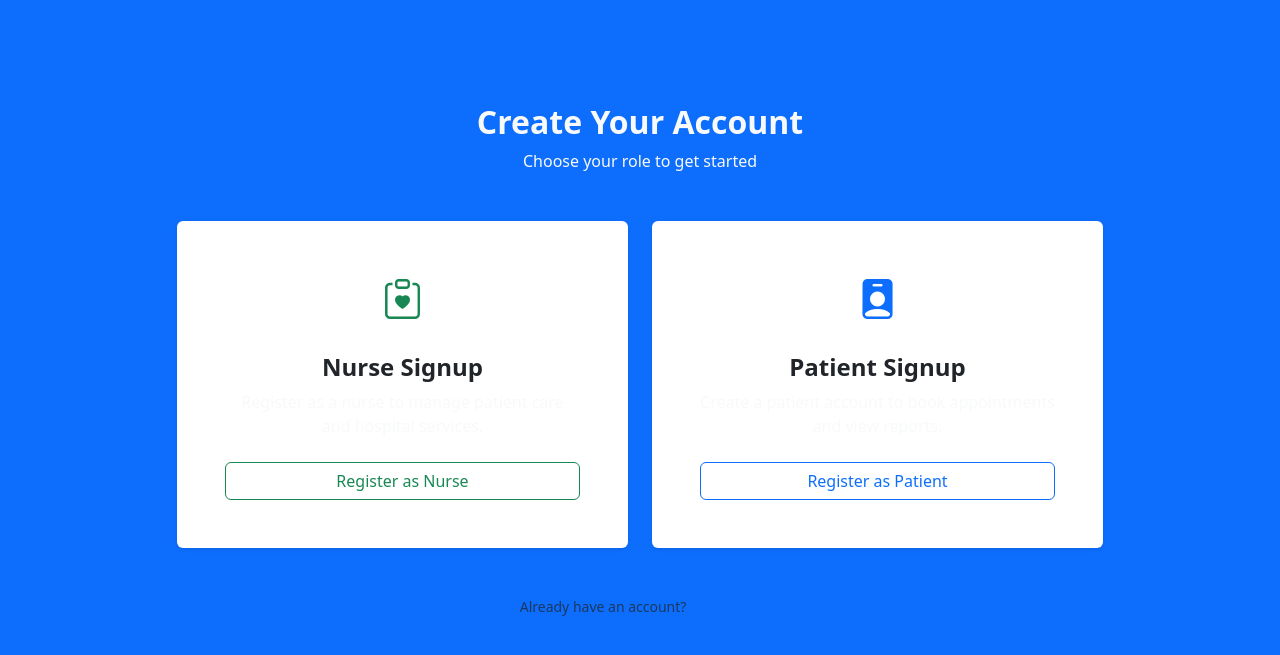
Repository: Rajasekaran0415/LifeCare-Management-System
Page: Project/signup.html
The author's editor kept a copy of each file at every save. The page is drawn from the files as they stood at one save, then again after a run of saves.
The browser window is 1280 px wide. The pictures show the whole page.

Above is the page before, as saved 2025-12-26 21:40:52.

After the next 2 saves:
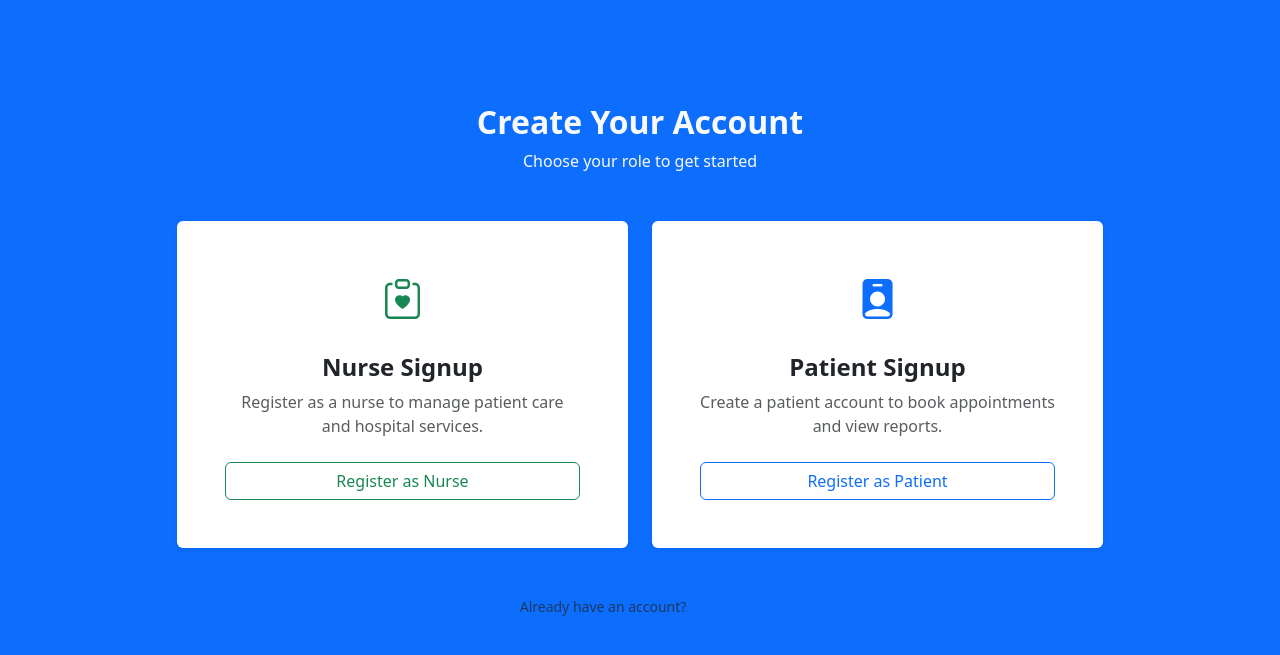
The 2 saves are shown as one change because they came seconds apart.
The last was saved 10 s later.
--- a/Project/signup.html
+++ b/Project/signup.html
@@ -34,7 +34,7 @@
             </div>
 
             <h4 class="fw-bold">Nurse Signup</h4>
-            <p class="text-light mb-4">
+            <p class="text-muted mb-4">
               Register as a nurse to manage patient care and hospital services.
             </p>
 
@@ -56,7 +56,7 @@
             </div>
 
             <h4 class="fw-bold">Patient Signup</h4>
-            <p class="text-light mb-4">
+            <p class="text-muted mb-4">
               Create a patient account to book appointments and view reports.
             </p>
 
